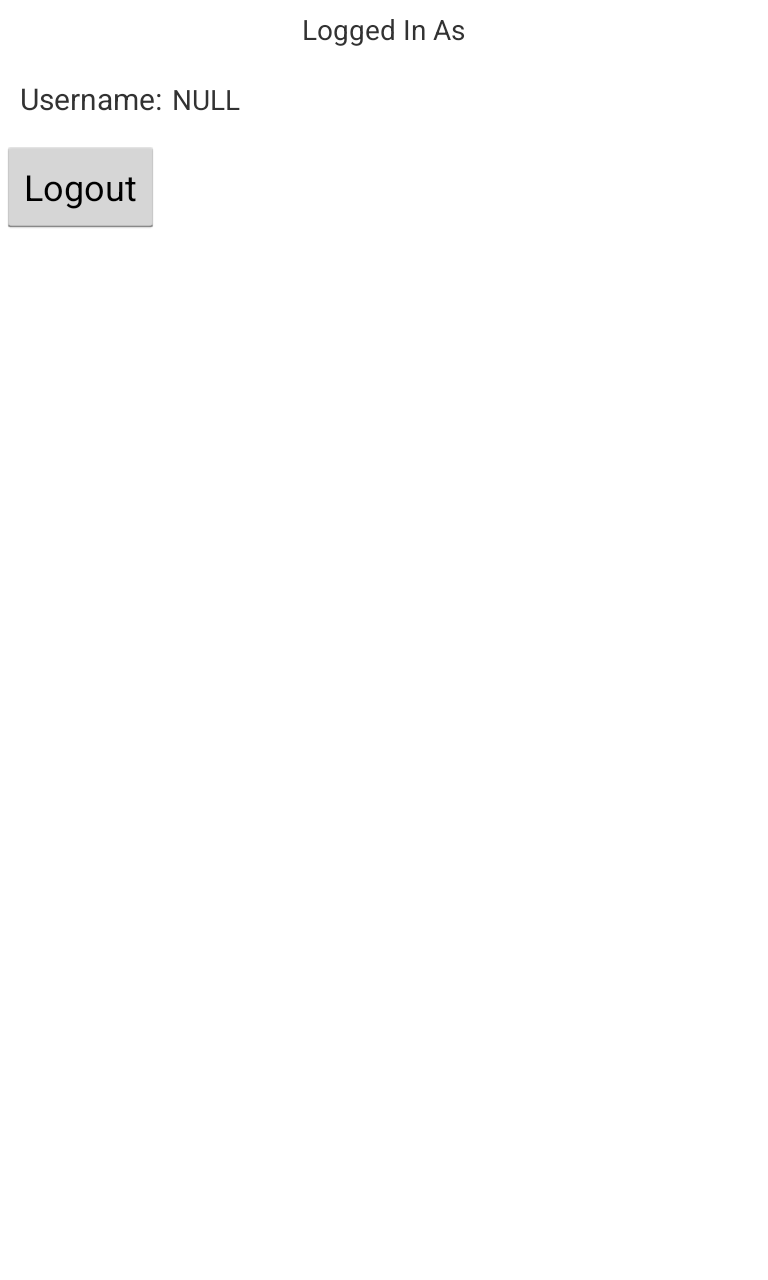
Repository: LennoxAlexion/UID
Layout: Android App/Uid-Project/res/layout/activity_sec_page.xml
These files come from the project's save history. The layout is drawn as it stood at one moment and after the next save; the edit follows.
It is drawn on a 768 x 1280 px phone screen (xhdpi) without system bars, with theme AppTheme; the app's code is not run.

Above is the layout before, as saved 2015-03-29 06:13:20.

### Android App/Uid-Project/res/layout/activity_sec_page.xml
<?xml version="1.0" encoding="utf-8"?>
<LinearLayout xmlns:android="http://schemas.android.com/apk/res/android"
    android:layout_width="match_parent"
    android:layout_height="match_parent"
    android:orientation="vertical" >


    <TextView
       android:layout_width="wrap_content"
       android:layout_height="wrap_content"
       android:text="Logged In As"
       android:layout_gravity="center_horizontal"
       android:gravity="center"
       android:layout_margin="5dp"/>

   <LinearLayout
       android:layout_width="fill_parent"
       android:layout_height="wrap_content"
       android:orientation="horizontal"
       android:layout_margin="5dp"
       android:padding="5dp">
   <TextView
       android:layout_width="wrap_content"
       android:layout_height="wrap_content"
       android:text="Username:"
       android:textSize="15dp"/>
   <TextView
       android:id="@+id/TextView_Username"
       android:layout_width="wrap_content"
       android:layout_height="wrap_content"
       android:text="NULL"
       android:layout_marginLeft="5dp"/>
   </LinearLayout>

    <Button
        android:id="@+id/Button_Logout"
        android:layout_width="wrap_content"
        android:layout_height="wrap_content"
        android:text="Logout" />

</LinearLayout>

Loaded but not shown: Android App/Uid-Project/res/values/styles.xml (common file); Android App/Uid-Project/res/values-v11/styles.xml (common file); Android App/Uid-Project/res/values-v14/styles.xml (common file); Android App/Uid-Project/res/values-v21/styles.xml (common file)

After the next save:
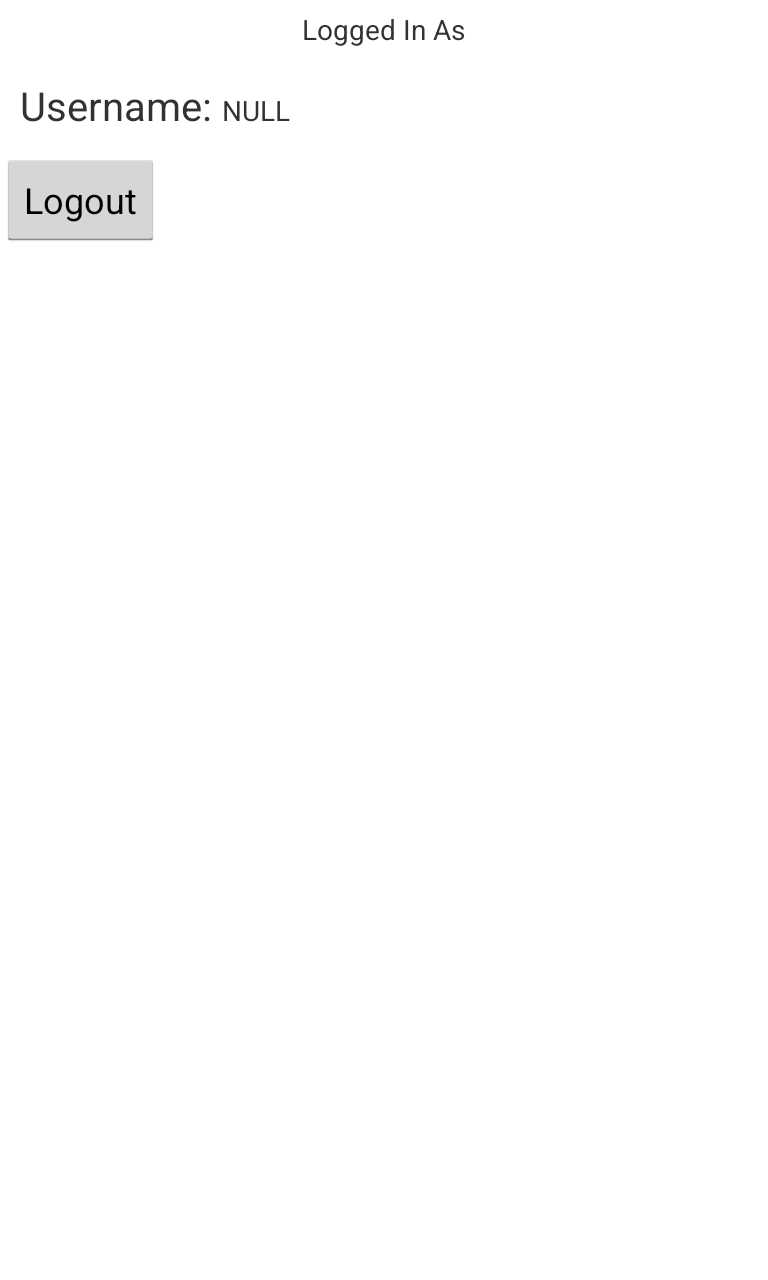
Saved 9 s later.
--- a/Android App/Uid-Project/res/layout/activity_sec_page.xml
+++ b/Android App/Uid-Project/res/layout/activity_sec_page.xml
@@ -23,7 +23,7 @@
        android:layout_width="wrap_content"
        android:layout_height="wrap_content"
        android:text="Username:"
-       android:textSize="15dp"/>
+       android:textSize="20dp"/>
    <TextView
        android:id="@+id/TextView_Username"
        android:layout_width="wrap_content"
